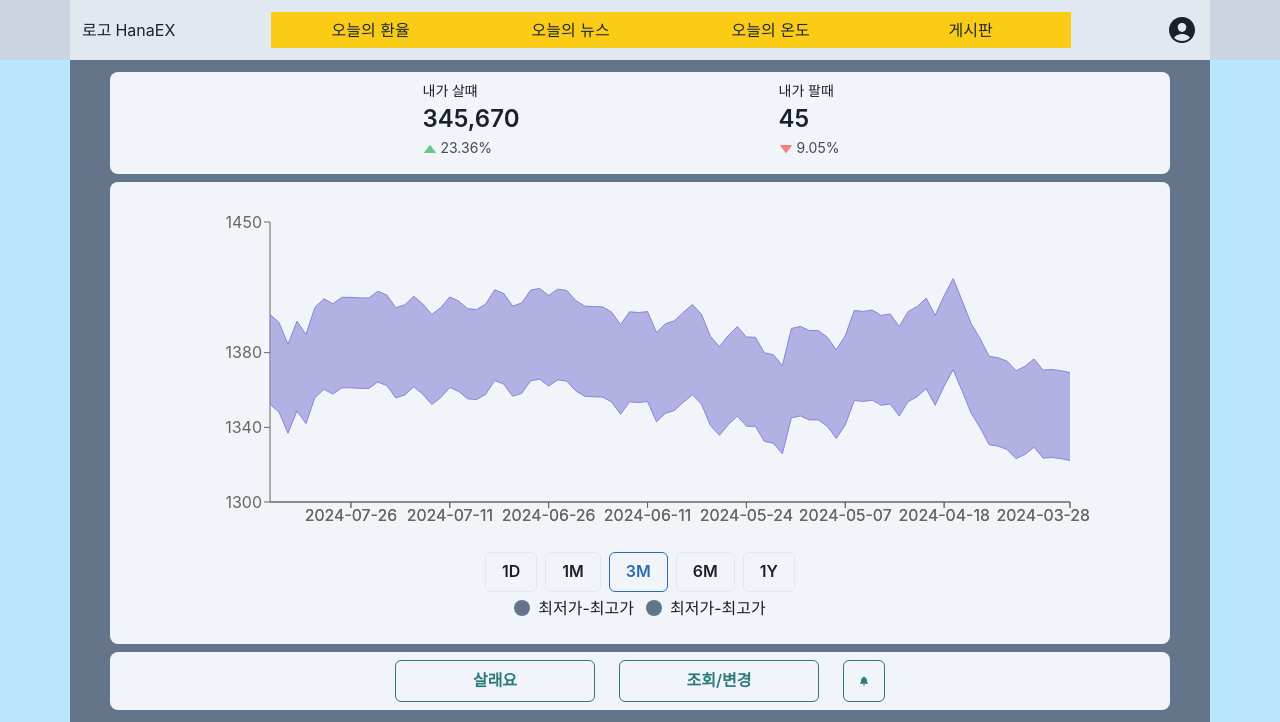
Repository: HANAEX/FRONT
Page: /MainPageDetail
These files come from the project's save history. The page is drawn as it stood at one moment and after the next save; the edit follows.
The browser window is 1280 px wide. The pictures show the whole page.
The project was rebuilt for these pictures with package versions that can differ from the ones it lists, and the page was loaded fresh each time. Also part of the build but not shown: src/components/ChartCard.js, src/components/FlowText.js, src/pages/MainPage.js, src/pages/LoginPage.js, src/pages/MyPage.js, src/data/Server_Url.js, src/components/Toggle.js, src/components/SementicCard.js and 8 more.

Above is the page before, as saved 2024-08-14 10:23:18.

### src/App.js
import { BrowserRouter, Route, Routes } from 'react-router-dom';
import { ChakraProvider } from '@chakra-ui/react'
import MainPage from './pages/MainPage';
import LoginPage from './pages/LoginPage';
import MyPage from './pages/MyPage';
import SemanticPage from './pages/SemanticPage';
import NewsPage from './pages/NewsPage';
import BoardPage from './pages/BoardPage';
import AppOut from './AppOut';
import MainPageDetail from './pages/MainPageDetail';
import SemanticPageDetail from './pages/SemanticPageDetail';

function App() {
  return (
    <ChakraProvider>
    <BrowserRouter>
    <Routes>
      <Route path='/' element={<AppOut />}>
        <Route path='' element={<MainPage />} />
        <Route path="Login" element={<LoginPage />}/>
        <Route path="My" element={<MyPage />} />
        <Route path="Semantic" element={<SemanticPage />} />
        <Route path="News" element={<NewsPage />} />
        <Route path="Board" element={<BoardPage />} />
        <Route path="MainPageDetail" element={<MainPageDetail />} />
        <Route path="SemanticPageDetail" element={<SemanticPageDetail />} />
      </Route>
    </Routes>
    </BrowserRouter>
    </ChakraProvider>
  );
}

export default App;

### src/AppOut.js
import React from 'react'
import { Outlet } from 'react-router'
import NavBar from './components/NavBar'

const AppOut = () => {
  return (
    <>
      <div className='w-screen flex justify-center bg-slate-300'>
        <NavBar />
      </div>
      <div className='w-screen flex justify-center bg-sky-200'>
        <Outlet />
      </div>
    </>
  )
}

export default AppOut

### src/pages/MainPageDetail.js
import React, {useState} from "react";
import MainChart from "../components/MainChart";
import {
  Text,
  Stat,
  StatLabel,
  StatNumber,
  StatHelpText,
  StatArrow,
  Button,
  Modal,
  ModalOverlay,
  ModalContent,
  ModalHeader,
  ModalFooter,
  ModalCloseButton,
  useDisclosure,
} from "@chakra-ui/react";
import { FaBell } from "react-icons/fa";
import ExChangeInput from "../components/ExChangeInput";
import ToggleModal from '../components/ToggleModal';
const MainPageDetail = () => {
  const { isOpen, onOpen, onClose } = useDisclosure();
  const [selected, setSelected] = useState(true);
  const handleToggle = () => {
    setSelected(!selected);
  };
  return (
    <div className="w-[1140px] bg-slate-500 flex flex-col py-1 px-10">
      {/*살때 팔 때 */}
      <div className="w-full flex justify-center px-48 py-2 rounded-lg my-2 bg-slate-100">
        <Stat className="flex justify-center">
          <StatLabel>내가 살떄</StatLabel>
          <StatNumber>345,670</StatNumber>
          <StatHelpText>
            <StatArrow type="increase" />
            23.36%
          </StatHelpText>
        </Stat>

        <Stat className="flex justify-center">
          <StatLabel>내가 팔때</StatLabel>
          <StatNumber>45</StatNumber>
          <StatHelpText>
            <StatArrow type="decrease" />
            9.05%
          </StatHelpText>
        </Stat>
      </div>
      <div className="flex flex-col items-center bg-slate-100 rounded-lg py-5">
        {/* 메인 차트 */}
        <MainChart />
        {/* 최고가 최저가 */}
        <div className="flex gap-3 py-1">
          <div className="flex items-center gap-2">
            <div className="w-4 h-4 bg-slate-500 rounded-full"></div>
            <Text>최저가-최고가</Text>
          </div>
          <div className="flex items-center gap-2">
            <div className="w-4 h-4 bg-slate-500 rounded-full"></div>
            <Text>최저가-최고가</Text>
          </div>
        </div>
      </div>
      {/*구매 버튼 판매 버튼 */}
      <div className="flex justify-center py-2 bg-slate-100 gap-6 my-2 rounded-lg">
        <Button
          onClick={onOpen}
          colorScheme="teal"
          variant="outline"
          height="42px"
          width="200px"
        >
          살래요
        </Button>
        <Button
          colorScheme="teal"
          variant="outline"
          height="42px"
          width="200px"
        >
          조회/변경
        </Button>
        <Button colorScheme="teal" variant="outline" height="42px" width="42px">
          <FaBell size="40" />
        </Button>
      </div>

      {/* 모달 */}
      <Modal isOpen={isOpen} onClose={onClose}>
        <ModalOverlay />
        <ModalContent>
          <ModalHeader>Modal Title</ModalHeader>
          <div className='w-full flex justify-start'>
            <ToggleModal selected={selected} handleToggle={ handleToggle } direction={'center'}/>
          </div>
          <ModalCloseButton />
          <div className='p-4'>
            <ExChangeInput />

            <ModalFooter>
              <Button colorScheme="blue" mr={3} onClick={onClose}>
                Close
              </Button>
              <Button variant="ghost">Secondary Action</Button>
            </ModalFooter>
          </div>
        </ModalContent>
      </Modal>
    </div>
  );
};

export default MainPageDetail;

### src/css/style.css
#app {
  height: 100%;
}
html,
body {
  position: relative;
  height: 100%;
}
.swiper {
  width: 100%;
  height: 100%;
  margin-top: 20px;
}
.swiper-slide {
  text-align: center;
  font-size: 18px;
  background: transparent;

  /* Center slide text vertically */
  display: flex;
  justify-content: center;
  /* align-items: center; */
}

### src/components/NavBar.js
import React from 'react'
import Menu from './Menu'
import { IoPersonCircle } from "react-icons/io5";
import { Link } from 'react-router-dom';

const NavBar = () => {
  return (
    <nav className='w-[1140px] h-[60px] bg-slate-200'>
      <div name="nav-container" className='w-full h-full flex items-center justify-between p-3'>
        <div name='logobox' className='flex gap-1'>
          <div name='logo'>로고</div>
          <div name='title'>HanaEX</div>
        </div>
        <div name='menus'className='h-full flex items-center bg-yellow-400'>
          <Link to={"/"}><Menu menu_name="오늘의 환율"/></Link>
          <Link to={"/News"}><Menu menu_name="오늘의 뉴스"/></Link>
          <Link to={"/Semantic"}><Menu menu_name="오늘의 온도"/></Link>
          <Link to={"/Board"}><Menu menu_name="게시판"/></Link>
        </div>
        <Link to={"/My"}>
          <IoPersonCircle className='w-8 h-8'/>
        </Link>
      </div>
    </nav>
  )
}

export default NavBar

### src/components/MainChart.js
import { XAxis, YAxis, Area, Tooltip, Line, AreaChart } from 'recharts';
import { Button, ButtonGroup } from '@chakra-ui/react';

import React, { useState } from 'react'

// import { rangeData } from '../data/exchange';

const rangeData = [
  {
    "day": "2024-08-08",
    "price": [
      1400.48,
      1352.32
    ],
    "baserate": 1376.4
  },
  {
    "day": "2024-08-07",
    "price": [
      1396.21,
      1348.19
    ],
    "baserate": 1372.2
  },
  {
    "day": "2024-08-06",
    "price": [
      1384.41,
      1336.79
    ],
    "baserate": 1360.6
  },
  {
    "day": "2024-08-05",
    "price": [
      1396.82,
      1348.78
    ],
    "baserate": 1372.8
  },
  {
    "day": "2024-08-02",
    "price": [
      1389.8,
      1342
    ],
    "baserate": 1365.9
  },
  {
    "day": "2024-08-01",
    "price": [
      1404.25,
      1355.95
    ],
    "baserate": 1380.1
  },
  {
    "day": "2024-07-31",
    "price": [
      1408.83,
      1360.37
    ],
    "baserate": 1384.6
  },
  {
    "day": "2024-07-30",
    "price": [
      1406.18,
      1357.82
    ],
    "baserate": 1382.0
  },
  {
    "day": "2024-07-29",
    "price": [
      1409.64,
      1361.16
    ],
    "baserate": 1385.4
  },
  {
    "day": "2024-07-26",
    "price": [
      1409.64,
      1361.16
    ],
    "baserate": 1385.4
  },
  {
    "day": "2024-07-25",
    "price": [
      1409.33,
      1360.87
    ],
    "baserate": 1385.1
  },
  {
    "day": "2024-07-24",
    "price": [
      1409.33,
      1360.87
    ],
    "baserate": 1385.1
  },
  {
    "day": "2024-07-23",
    "price": [
      1412.9,
      1364.3
    ],
    "baserate": 1388.6
  },
  {
    "day": "2024-07-22",
    "price": [
      1410.86,
      1362.34
    ],
    "baserate": 1386.6
  },
  {
    "day": "2024-07-19",
    "price": [
      1404.04,
      1355.76
    ],
    "baserate": 1379.9
  },
  {
    "day": "2024-07-18",
    "price": [
      1405.67,
      1357.33
    ],
    "baserate": 1381.5
  },
  {
    "day": "2024-07-17",
    "price": [
      1410.25,
      1361.75
    ],
    "baserate": 1386.0
  },
  {
    "day": "2024-07-16",
    "price": [
      1406.08,
      1357.72
    ],
    "baserate": 1381.9
  },
  {
    "day": "2024-07-15",
    "price": [
      1400.38,
      1352.22
    ],
    "baserate": 1376.3
  },
  {
    "day": "2024-07-12",
    "price": [
      1404.25,
      1355.95
    ],
    "baserate": 1380.1
  },
  {
    "day": "2024-07-11",
    "price": [
      1409.84,
      1361.36
    ],
    "baserate": 1385.6
  },
  {
    "day": "2024-07-10",
    "price": [
      1407.6,
      1359.2
    ],
    "baserate": 1383.4
  },
  {
    "day": "2024-07-09",
    "price": [
      1403.53,
      1355.27
    ],
    "baserate": 1379.4
  },
  {
    "day": "2024-07-08",
    "price": [
      1403.13,
      1354.87
    ],
    "baserate": 1379.0
  },
  {
    "day": "2024-07-05",
    "price": [
      1406.08,
      1357.72
    ],
    "baserate": 1381.9
  },
  {
    "day": "2024-07-04",
    "price": [
      1413.71,
      1365.09
    ],
    "baserate": 1389.4
  },
  {
    "day": "2024-07-03",
    "price": [
      1411.67,
      1363.13
    ],
    "baserate": 1387.4
  },
  {
    "day": "2024-07-02",
    "price": [
      1404.96,
      1356.64
    ],
    "baserate": 1380.8
  },
  {
    "day": "2024-07-01",
    "price": [
      1406.59,
      1358.21
    ],
    "baserate": 1382.4
  },
  {
    "day": "2024-06-28",
    "price": [
      1413.51,
      1364.89
    ],
    "baserate": 1389.2
  },
  {
    "day": "2024-06-27",
    "price": [
      1414.42,
      1365.78
    ],
    "baserate": 1390.1
  },
  {
    "day": "2024-06-26",
    "price": [
      1410.66,
      1362.14
    ],
    "baserate": 1386.4
  },
  {
    "day": "2024-06-25",
    "price": [
      1414.01,
      1365.39
    ],
    "baserate": 1389.7
  },
  {
    "day": "2024-06-24",
    "price": [
      1413.4,
      1364.8
    ],
    "baserate": 1389.1
  },
  {
    "day": "2024-06-21",
    "price": [
      1408.01,
      1359.59
    ],
    "baserate": 1383.8
  },
  {
    "day": "2024-06-20",
    "price": [
      1404.96,
      1356.64
    ],
    "baserate": 1380.8
  },
  {
    "day": "2024-06-19",
    "price": [
      1404.65,
      1356.35
    ],
    "baserate": 1380.5
  },
  {
    "day": "2024-06-18",
    "price": [
      1404.55,
      1356.25
    ],
    "baserate": 1380.4
  },
  {
    "day": "2024-06-17",
    "price": [
      1401.8,
      1353.6
    ],
    "baserate": 1377.7
  },
  {
    "day": "2024-06-14",
    "price": [
      1394.99,
      1347.01
    ],
    "baserate": 1371.0
  },
  {
    "day": "2024-06-13",
    "price": [
      1401.91,
      1353.69
    ],
    "baserate": 1377.8
  },
  {
    "day": "2024-06-12",
    "price": [
      1401.5,
      1353.3
    ],
    "baserate": 1377.4
  },
  {
    "day": "2024-06-11",
    "price": [
      1402.01,
      1353.79
    ],
    "baserate": 1377.9
  },
  {
    "day": "2024-06-10",
    "price": [
      1390.82,
      1342.98
    ],
    "baserate": 1366.9
  },
  {
    "day": "2024-06-07",
    "price": [
      1395.5,
      1347.5
    ],
    "baserate": 1371.5
  },
  {
    "day": "2024-06-05",
    "price": [
      1397.12,
      1349.08
    ],
    "baserate": 1373.1
  },
  {
    "day": "2024-06-04",
    "price": [
      1401.7,
      1353.5
    ],
    "baserate": 1377.6
  },
  {
    "day": "2024-06-03",
    "price": [
      1405.77,
      1357.43
    ],
    "baserate": 1381.6
  },
  {
    "day": "2024-05-31",
    "price": [
      1400.58,
      1352.42
    ],
    "baserate": 1376.5
  },
  {
    "day": "2024-05-30",
    "price": [
      1388.68,
      1340.92
    ],
    "baserate": 1364.8
  },
  {
    "day": "2024-05-29",
    "price": [
      1383.29,
      1335.71
    ],
    "baserate": 1359.5
  },
  {
    "day": "2024-05-28",
    "price": [
      1389.29,
      1341.51
    ],
    "baserate": 1365.4
  },
  {
    "day": "2024-05-27",
    "price": [
      1393.97,
      1346.03
    ],
    "baserate": 1370.0
  },
  {
    "day": "2024-05-24",
    "price": [
      1388.37,
      1340.63
    ],
    "baserate": 1364.5
  },
  {
    "day": "2024-05-22",
    "price": [
      1388.27,
      1340.53
    ],
    "baserate": 1364.4
  },
  {
    "day": "2024-05-21",
    "price": [
      1379.93,
      1332.47
    ],
    "baserate": 1356.2
  },
  {
    "day": "2024-05-20",
    "price": [
      1378.91,
      1331.49
    ],
    "baserate": 1355.2
  },
  {
    "day": "2024-05-17",
    "price": [
      1373.01,
      1325.79
    ],
    "baserate": 1349.4
  },
  {
    "day": "2024-05-16",
    "price": [
      1392.95,
      1345.05
    ],
    "baserate": 1369.0
  },
  {
    "day": "2024-05-14",
    "price": [
      1394.07,
      1346.13
    ],
    "baserate": 1370.1
  },
  {
    "day": "2024-05-13",
    "price": [
      1391.83,
      1343.97
    ],
    "baserate": 1367.9
  },
  {
    "day": "2024-05-10",
    "price": [
      1391.83,
      1343.97
    ],
    "baserate": 1367.9
  },
  {
    "day": "2024-05-09",
    "price": [
      1388.27,
      1340.53
    ],
    "baserate": 1364.4
  },
  {
    "day": "2024-05-08",
    "price": [
      1381.56,
      1334.04
    ],
    "baserate": 1357.8
  },
  {
    "day": "2024-05-07",
    "price": [
      1389.09,
      1341.31
    ],
    "baserate": 1365.2
  },
  {
    "day": "2024-05-03",
    "price": [
      1402.62,
      1354.38
    ],
    "baserate": 1378.5
  },
  {
    "day": "2024-05-02",
    "price": [
      1402.11,
      1353.89
    ],
    "baserate": 1378.0
  },
  {
    "day": "2024-04-30",
    "price": [
      1402.82,
      1354.58
    ],
    "baserate": 1378.7
  },
  {
    "day": "2024-04-29",
    "price": [
      1399.97,
      1351.83
    ],
    "baserate": 1375.9
  },
  {
    "day": "2024-04-26",
    "price": [
      1400.69,
      1352.51
    ],
    "baserate": 1376.6
  },
  {
    "day": "2024-04-25",
    "price": [
      1393.97,
      1346.03
    ],
    "baserate": 1370.0
  },
  {
    "day": "2024-04-24",
    "price": [
      1402.01,
      1353.79
    ],
    "baserate": 1377.9
  },
  {
    "day": "2024-04-23",
    "price": [
      1404.76,
      1356.44
    ],
    "baserate": 1380.6
  },
  {
    "day": "2024-04-22",
    "price": [
      1409.23,
      1360.77
    ],
    "baserate": 1385.0
  },
  {
    "day": "2024-04-19",
    "price": [
      1399.97,
      1351.83
    ],
    "baserate": 1375.9
  },
  {
    "day": "2024-04-18",
    "price": [
      1410.56,
      1362.04
    ],
    "baserate": 1386.3
  },
  {
    "day": "2024-04-17",
    "price": [
      1419.71,
      1370.89
    ],
    "baserate": 1395.3
  },
  {
    "day": "2024-04-16",
    "price": [
      1407.91,
      1359.49
    ],
    "baserate": 1383.7
  },
  {
    "day": "2024-04-15",
    "price": [
      1395.6,
      1347.6
    ],
    "baserate": 1371.6
  },
  {
    "day": "2024-04-12",
    "price": [
      1387.56,
      1339.84
    ],
    "baserate": 1363.7
  },
  {
    "day": "2024-04-11",
    "price": [
      1378.1,
      1330.7
    ],
    "baserate": 1354.4
  },
  {
    "day": "2024-04-09",
    "price": [
      1377.28,
      1329.92
    ],
    "baserate": 1353.6
  },
  {
    "day": "2024-04-08",
    "price": [
      1375.45,
      1328.15
    ],
    "baserate": 1351.8
  },
  {
    "day": "2024-04-05",
    "price": [
      1370.36,
      1323.24
    ],
    "baserate": 1346.8
  },
  {
    "day": "2024-04-04",
    "price": [
      1372.7,
      1325.5
    ],
    "baserate": 1349.1
  },
  {
    "day": "2024-04-03",
    "price": [
      1376.67,
      1329.33
    ],
    "baserate": 1353.0
  },
  {
    "day": "2024-04-02",
    "price": [
      1370.67,
      1323.53
    ],
    "baserate": 1347.1
  },
  {
    "day": "2024-04-01",
    "price": [
      1370.97,
      1323.83
    ],
    "baserate": 1347.4
  },
  {
    "day": "2024-03-29",
    "price": [
      1370.36,
      1323.24
    ],
    "baserate": 1346.8
  },
  {
    "day": "2024-03-28",
    "price": [
      1369.35,
      1322.25
    ],
    "baserate": 1345.8
  },
  {
    "day": "2024-03-27",
    "price": [
      1362.02,
      1315.18
    ],
    "baserate": 1338.6
  },
  {
    "day": "2024-03-26",
    "price": [
      1364.16,
      1317.24
    ],
    "baserate": 1340.7
  },
  {
    "day": "2024-03-25",
    "price": [
      1359.48,
      1312.72
    ],
    "baserate": 1336.1
  },
  {
    "day": "2024-03-22",
    "price": [
      1349.51,
      1303.09
    ],
    "baserate": 1326.3
  },
  {
    "day": "2024-03-21",
    "price": [
      1362.12,
      1315.28
    ],
    "baserate": 1338.7
  },
  {
    "day": "2024-03-20",
    "price": [
      1361.92,
      1315.08
    ],
    "baserate": 1338.5
  },
  {
    "day": "2024-03-19",
    "price": [
      1356.32,
      1309.68
    ],
    "baserate": 1333.0
  },
  {
    "day": "2024-03-18",
    "price": [
      1351.64,
      1305.16
    ],
    "baserate": 1328.4
  },
  {
    "day": "2024-03-15",
    "price": [
      1339.94,
      1293.86
    ],
    "baserate": 1316.9
  },
  {
    "day": "2024-03-14",
    "price": [
      1335.77,
      1289.83
    ],
    "baserate": 1312.8
  },
  {
    "day": "2024-03-13",
    "price": [
      1334.04,
      1288.16
    ],
    "baserate": 1311.1
  },
  {
    "day": "2024-03-12",
    "price": [
      1337.4,
      1291.4
    ],
    "baserate": 1314.4
  },
  {
    "day": "2024-03-11",
    "price": [
      1346.25,
      1299.95
    ],
    "baserate": 1323.1
  },
  {
    "day": "2024-03-08",
    "price": [
      1352.86,
      1306.34
    ],
    "baserate": 1329.6
  },
  {
    "day": "2024-03-07",
    "price": [
      1359.07,
      1312.33
    ],
    "baserate": 1335.7
  },
  {
    "day": "2024-03-06",
    "price": [
      1356.53,
      1309.87
    ],
    "baserate": 1333.2
  },
  {
    "day": "2024-03-05",
    "price": [
      1353.37,
      1306.83
    ],
    "baserate": 1330.1
  }
]

const MainChart = () => {

  const [timeRange, setTimeRange] = useState('3M');

  const filterData = (range) => {
    switch (range) {
      case '1D':
        return rangeData.slice(0, 1);
      case '1M':
        return rangeData.slice(0, 30);
      case '3M':
        return rangeData.slice(0, 90);
      case '6M':
        return rangeData.slice(0, 180);
      case '1Y':
        return rangeData;
      default:
        return rangeData;
    }
  }
  const filtered_rangeData = filterData(timeRange);

  return (
    <div>
      <div>
        {console.log(rangeData)}
        <AreaChart
          width={900}
          height={350}
          data={filtered_rangeData}
          margin={{
            top: 20, right: 20, bottom: 20, left: 20,
          }}
        >
          <XAxis dataKey="day" />
          <YAxis domain={[1300, 1450]}/>
          <Area dataKey="price" stroke="#8884d8" fill="#8884d8" />
          <XAxis dataKey="day" />
          <Area dataKey="기준율" stroke="#ff7300" />
          <Tooltip />
        </AreaChart>
      </div>
      <div className='w-full flex justify-center items-center'>
        <ButtonGroup variant="outline">
        <Button
            colorScheme={timeRange === '1D' ? 'blue' : 'gray'}
            onClick={() => setTimeRange('1D')}
          >
            1D
          </Button>
          <Button
            colorScheme={timeRange === '1M' ? 'blue' : 'gray'}
            onClick={() => setTimeRange('1M')}
          >
            1M
          </Button>
          <Button
            colorScheme={timeRange === '3M' ? 'blue' : 'gray'}
            onClick={() => setTimeRange('3M')}
          >
            3M
          </Button>
          <Button
            colorScheme={timeRange === '6M' ? 'blue' : 'gray'}
            onClick={() => setTimeRange('6M')}
          >
            6M
          </Button>
          <Button
            colorScheme={timeRange === '1Y' ? 'blue' : 'gray'}
            onClick={() => setTimeRange('1Y')}
          >
            1Y
          </Button>
        </ButtonGroup>
      </div>
    </div>
  )
}

export default MainChart

### src/components/Menu.js
import React from 'react'

const Menu = ({menu_name}) => {
  return (
    <div className='w-[200px] h-10 text-center rounded-full text-slate-800 leading-10 hover:bg-slate-700 hover:text-slate-50 transition duration-150 ease-in-out'>
      {menu_name}
    </div>
  )
}

export default Menu

Loaded but not shown: public/index.html (common file); src/index.js (common file); src/index.css (common file); src/reportWebVitals.js (common file); tailwind.config.js (common file)

After the next save:
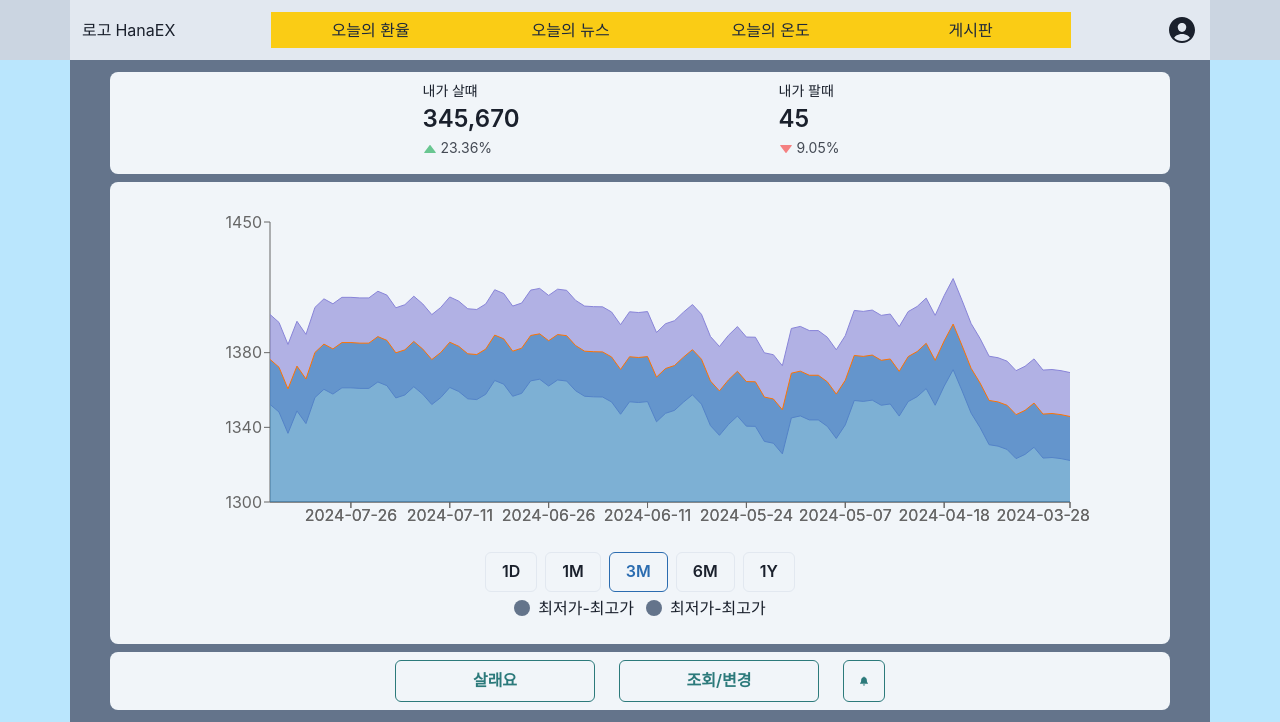
Saved 23 s later.
--- a/src/components/MainChart.js
+++ b/src/components/MainChart.js
@@ -902,7 +902,7 @@
           <YAxis domain={[1300, 1450]}/>
           <Area dataKey="price" stroke="#8884d8" fill="#8884d8" />
           <XAxis dataKey="day" />
-          <Area dataKey="기준율" stroke="#ff7300" />
+          <Area dataKey="baserate" stroke="#ff7300" />
           <Tooltip />
         </AreaChart>
       </div>

After the save that followed:
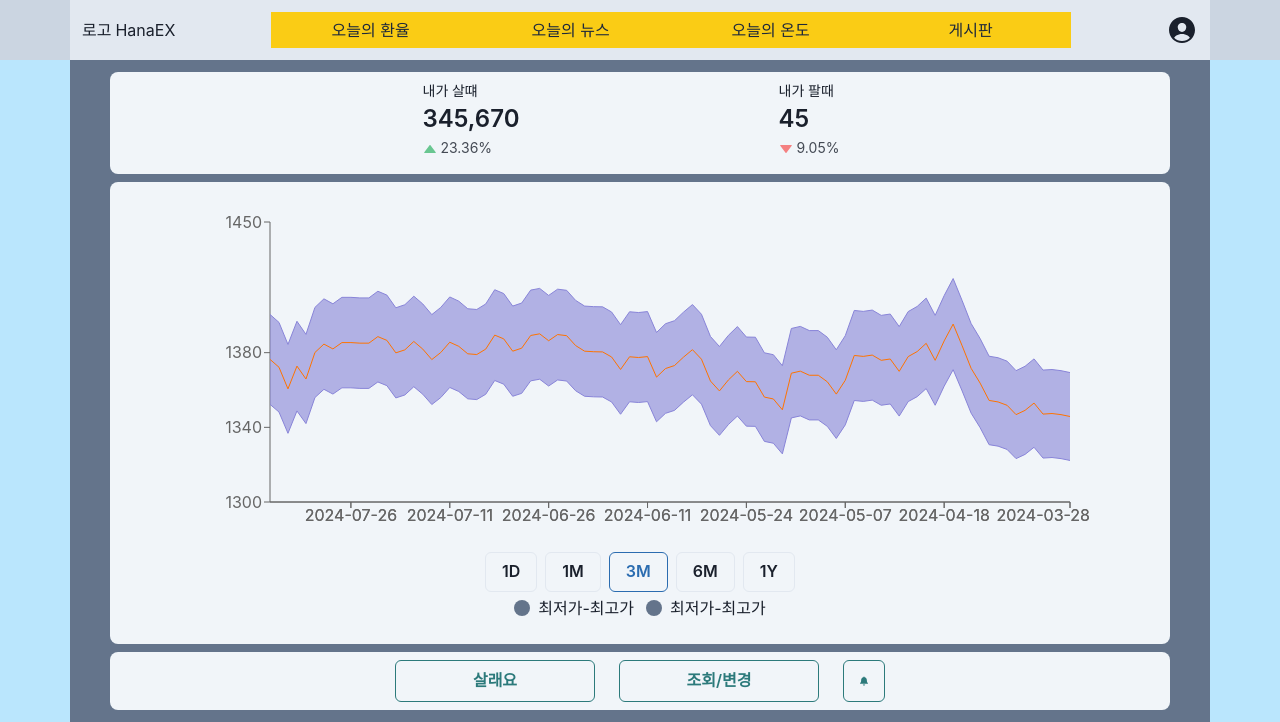
Saved 19 s later.
--- a/src/components/MainChart.js
+++ b/src/components/MainChart.js
@@ -902,7 +902,7 @@
           <YAxis domain={[1300, 1450]}/>
           <Area dataKey="price" stroke="#8884d8" fill="#8884d8" />
           <XAxis dataKey="day" />
-          <Area dataKey="baserate" stroke="#ff7300" />
+          <Area dataKey="baserate" stroke="#ff7300" fill='none' />
           <Tooltip />
         </AreaChart>
       </div>
